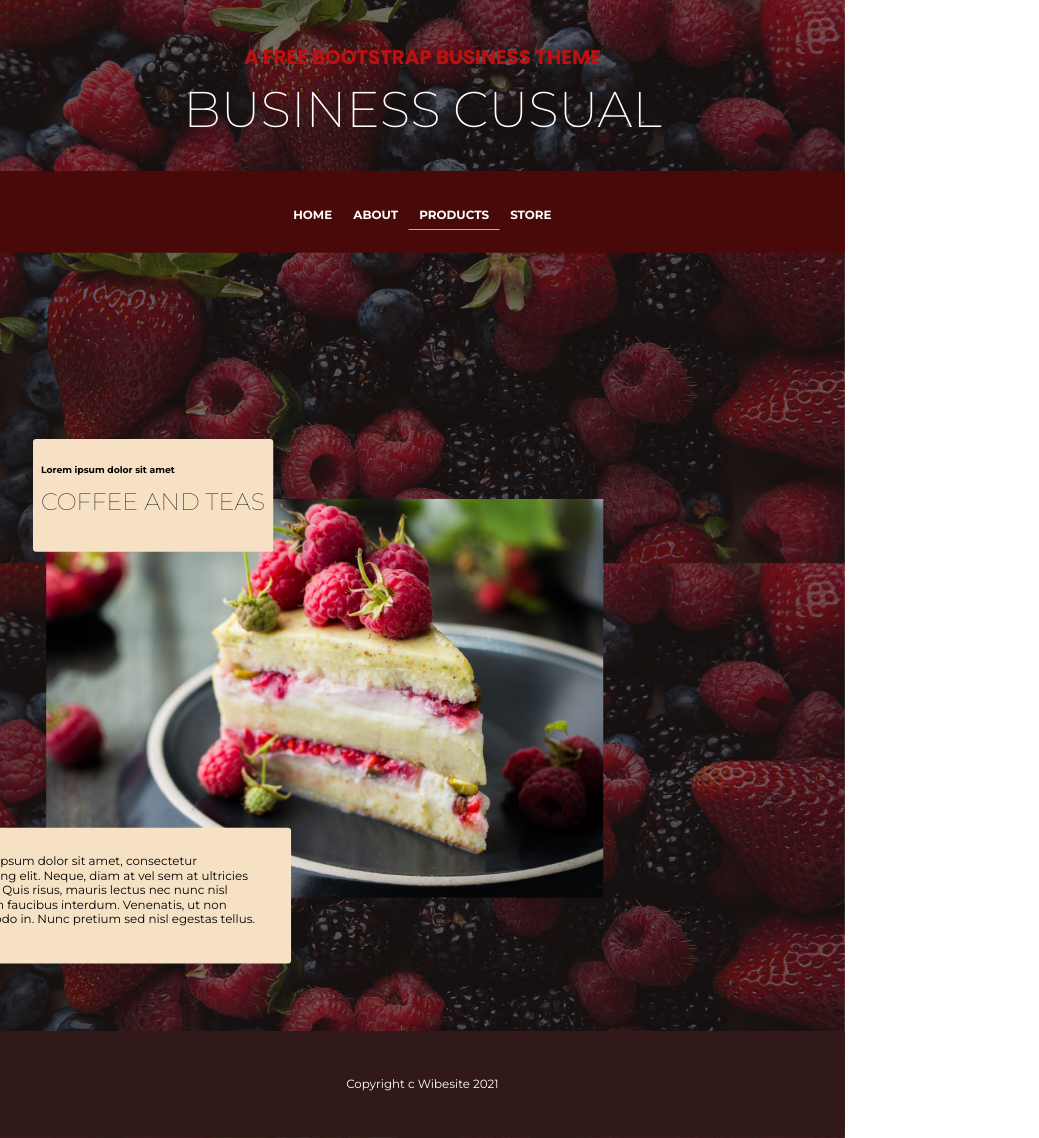
Repository: wadelfadill/tache_7_Business_bootstrap_theme
Page: product.html
An editor plug-in stored every save of this project. The page is shown before and after the next save, followed by the edit.
The browser window is 1280 px wide. The page is 1280 px wide, then 1574 px, so the pictures cover 1574 px, including what lies to the right of the window. The pictures show the whole page, at 66% of full size.
Backgrounds fixed to the window are drawn as part of the page.

Above is the page before, as saved 2023-04-28 12:13:05.

### product.html
<!DOCTYPE html>
<html lang="en">
<head>
    <meta charset="UTF-8">
    <meta http-equiv="X-UA-Compatible" content="IE=edge">
    <meta name="viewport" content="width=device-width, initial-scale=1.0">
    <!------ title of website ------>
    <title>Business website</title>
    <!------ Bootstrap cdn link ------>
    <link href="https://cdn.jsdelivr.net/npm/bootstrap@5.1.3/dist/css/bootstrap.min.css" rel="stylesheet" integrity="sha384-1BmE4kWBq78iYhFldvKuhfTAU6auU8tT94WrHftjDbrCEXSU1oBoqyl2QvZ6jIW3" crossorigin="anonymous">
    <!------- css link -------------->
    <link rel="stylesheet" href="css/style.css">
    <link rel="stylesheet" href="css/product_style.css">
    <!---------Google Fonts links ---------->
    <link rel="preconnect" href="https://fonts.googleapis.com">
    <link rel="preconnect" href="https://fonts.gstatic.com" crossorigin>
    <link href="https://fonts.googleapis.com/css2?family=Montserrat:wght@100;200;400;700&family=Poppins:wght@700&display=swap" rel="stylesheet">

</head>
<body>
    <!-- ========== Start Header Section ========== -->
    <header id="header">
        <h2 class="first_title text-center">A FREE BOOTSTRAP BUSINESS THEME</h2>
        <h1 class="second_title text-center">BUSINESS CUSUAL</h1>
        <!-- ========== Start navbar  Section ========== -->
        <nav class="my-auto mt-5">
            <div class="container my-auto">
                <ul class="nav justify-content-center">
                    <li class="nav-item">
                      <a class="nav-link" aria-current="page" href="index.html">HOME</a>
                    </li>
                    <li class="nav-item">
                      <a class="nav-link" href="about.html">ABOUT</a>
                    </li>
                    <li class="nav-item">
                      <a class="nav-link active" href="product.html">PRODUCTS</a>
                    </li>
                    <li class="nav-item">
                      <a class="nav-link" href="store.html">STORE</a>
                    </li>
                </ul>
            </div>
        </nav>
        <!-- ========== End navbar  Section ========== -->
    </header>
    <!-- ========== End Header Section ========== -->
    <!-- ========== Start Main Section ========== -->
    <main>
      <!-- ========== Start First Section ========== -->
      <section id="first_section">
        <div class="container">
          <div class="row justify-content-start gap-0 align-items-center position-relative">
            <!-- <div class="col photo_fisrt position-relative">
              <div class="box-top position-relative top-0 start-100 translate-middle">
                <p class="p1">Lorem ipsum dolor sit amet</p>
                <p class="p2">COFFEE AND TEAS</p>
              </div>
              <div class="box-bottom">
                <p>Lorem ipsum dolor sit amet, consectetur <br>
                  adipiscing elit. Neque, diam at vel sem at ultricies <br>
                  aliquet. Quis risus, mauris lectus nec nunc nisl <br>
                  aliquam faucibus interdum. Venenatis, ut non <br>
                  commodo in. Nunc pretium sed nisl egestas tellus.</p>
              </div>
            </div> -->
            <div class="box-top m-0">
              <p class="p1">Lorem ipsum dolor sit amet</p>
              <p class="p2">COFFEE AND TEAS</p>
            </div>
            <div class="image m-0 p-0">
              <img src="images/gateau-p.png" alt="" class="img-fluid">
            </div>
            <div class="box-bottom">
              <p>Lorem ipsum dolor sit amet, consectetur <br>
                adipiscing elit. Neque, diam at vel sem at ultricies <br>
                aliquet. Quis risus, mauris lectus nec nunc nisl <br>
                aliquam faucibus interdum. Venenatis, ut non <br>
                commodo in. Nunc pretium sed nisl egestas tellus.</p>
            </div>
          </div>
        </div>
      </section>
      <!-- ========== End First Section ========== -->
    </main>
    <!-- ========== End Main Section ========== -->
    <footer id="footer">
        <p class="text-center">Copyright c Wibesite 2021</p>
    </footer>



    <!------ Bootstrap script -------->
    <script src="https://cdn.jsdelivr.net/npm/bootstrap@5.1.3/dist/js/bootstrap.bundle.min.js" integrity="sha384-ka7Sk0Gln4gmtz2MlQnikT1wXgYsOg+OMhuP+IlRH9sENBO0LRn5q+8nbTov4+1p" crossorigin="anonymous"></script>
</body>
</html>

### css/style.css
/* ===== General ====== */

:root{
    --red-color: #BD1111;
    --bg-red:#490909;
    --white-color: #FFFFFF;
    --black-color: #000000;
    --bg-beize:#F6E1C5;
    --bg-red-black: #311919;
    --bg-red-opac:rgba(165, 52, 43, 0.69);
    --red-border: #CD5449;
}
*{
    margin: 0;
    padding: 0;
}
body{
    padding: 0;
    margin: 0;
    background-image: linear-gradient(rgba(34, 24, 24, 0.6), rgba(34, 24, 24, 0.6)), url("../images/1.jpeg");
    background-position: center;
    background-size: cover;
    background-repeat: no-repeat;
    background-attachment: fixed;
}
/* ===== squelette ====== */
/* ===== header section ====== */
/* ===== header titles ======= */
#header .first_title{
    font-family: 'Poppins';
    font-style: normal;
    font-weight: 700;
    font-size: 30px;
    line-height: 45px;
    color: var(--red-color);
    margin-top: 65px;
}
#header .second_title{
    font-family: 'Montserrat';
    font-style: normal;
    font-weight: 200;
    font-size: 76px;
    line-height: 93px;
    color: var(--white-color);
}
/* ====== header navbar ======*/
#header nav{
    background: var(--bg-red);
    height: 124px;
}
#header nav ul li{
    margin-top: 48px;
}
#header nav a{
    font-family: 'Montserrat';
    font-style: normal;
    font-weight: 700;
    font-size: 18px;
    line-height: 22px;
    color: var(--white-color);
}
#header nav a.active{
    padding-bottom: 10px;
    border-bottom: 1px solid white;
}
/* ==== Main section ==========*/
/* main{
    height: 1000px;
} */
/* ====== footer section ====== */
#footer{
    height: 162px;
    background: var(--bg-red-black);
    padding-top: 70px;
}
#footer p{
    font-family: 'Montserrat';
    font-style: normal;
    font-weight: 400;
    font-size: 18px;
    line-height: 22px;
    color: var(--white-color);
}


/* ===== responsive css ======*/
@media screen and (max-width:550px) {
    #header .second_title{
        font-size: 30px;
    }
    #header nav{
        height: max-content;
        padding-bottom: 40px;
    }
}

### css/product_style.css
/* ===== General ====== */

:root{
    --red-color: #BD1111;
    --bg-red:#490909;
    --white-color: #FFFFFF;
    --black-color: #000000;
    --bg-beize:#F6E1C5;
    --bg-red-black: #311919;
    --bg-red-opac:rgba(165, 52, 43, 0.69);
    --red-border: #CD5449;
}


/* ==========first section ========= */
#first_section{
    margin-top: 202px;
    margin-bottom: 202px;
    width: 100%;
}
#first_section .photo_fisrt{
    max-width: 844px;
    height: 604px;
    background: url("../images/gateau-p.png");
    background-size: cover;
    background-repeat: no-repeat;
    align-self: center;
}
.box-top{
    max-width: 413px;
    min-height: 150px;
    background: var(--bg-beize);
    padding-top: 39px;
    padding-bottom: 39px;
    border-radius: 5px;
    width: max-content;
    position: relative;
    bottom: -80px !important;
    right: 20px;
}
.box-top .p1{
    font-family: 'Montserrat';
    font-style: normal;
    font-weight: 600;
    font-size: 14px;
    line-height: 17px;
    color: #000000;
}
.box-top .p2{
    font-family: 'Montserrat';
    font-style: normal;
    font-weight: 100;
    font-size: 36px;
    line-height: 44px;
    color: #000000;
}
.box-bottom{
    max-width: 521px;
    min-height: 189px;
    padding-top: 40px;
    padding-bottom: 40px;
    position: absolute;
    bottom: -100px;
    left: -150px;
    background: var(--bg-beize);
    border-radius: 5px;
}
.box-bottom p{
    font-family: 'Montserrat';
    font-style: normal;
    font-weight: 400;
    font-size: 18px;
    line-height: 22px;
    color: #000000;
}

/* ============== responsive css ================ */
@media screen and (max-width:1200px) {
    #first_section .box-bottom{
        left: 50px;
    }
    #first_section .box-top{
        left: 300px !important;
    }

}
@media screen and (max-width:578px) {
    #first_section .box-bottom{
        left: 0px;
        width: auto;
        bottom: 100px;
    }
    #first_section .box-top{
        left: 200px !important;
        width: 70%;
    }
    #first_section .box-top .p1{
        font-size: 10px;
    }
    #first_section .box-top .p2{
        font-size:20px;
    }
    #first_section .photo_fisrt{
        background-size: contain;
    }
}
@media screen and(max-width:400px) {
    #first_section .box-top .p1{
        font-size: auto;
    }
    #first_section .box-top .p2{
        font-size: auto;
    }
    #first_section .box-top{
        left: -100px !important;
        width: 70%;
    }
}

After the next save:
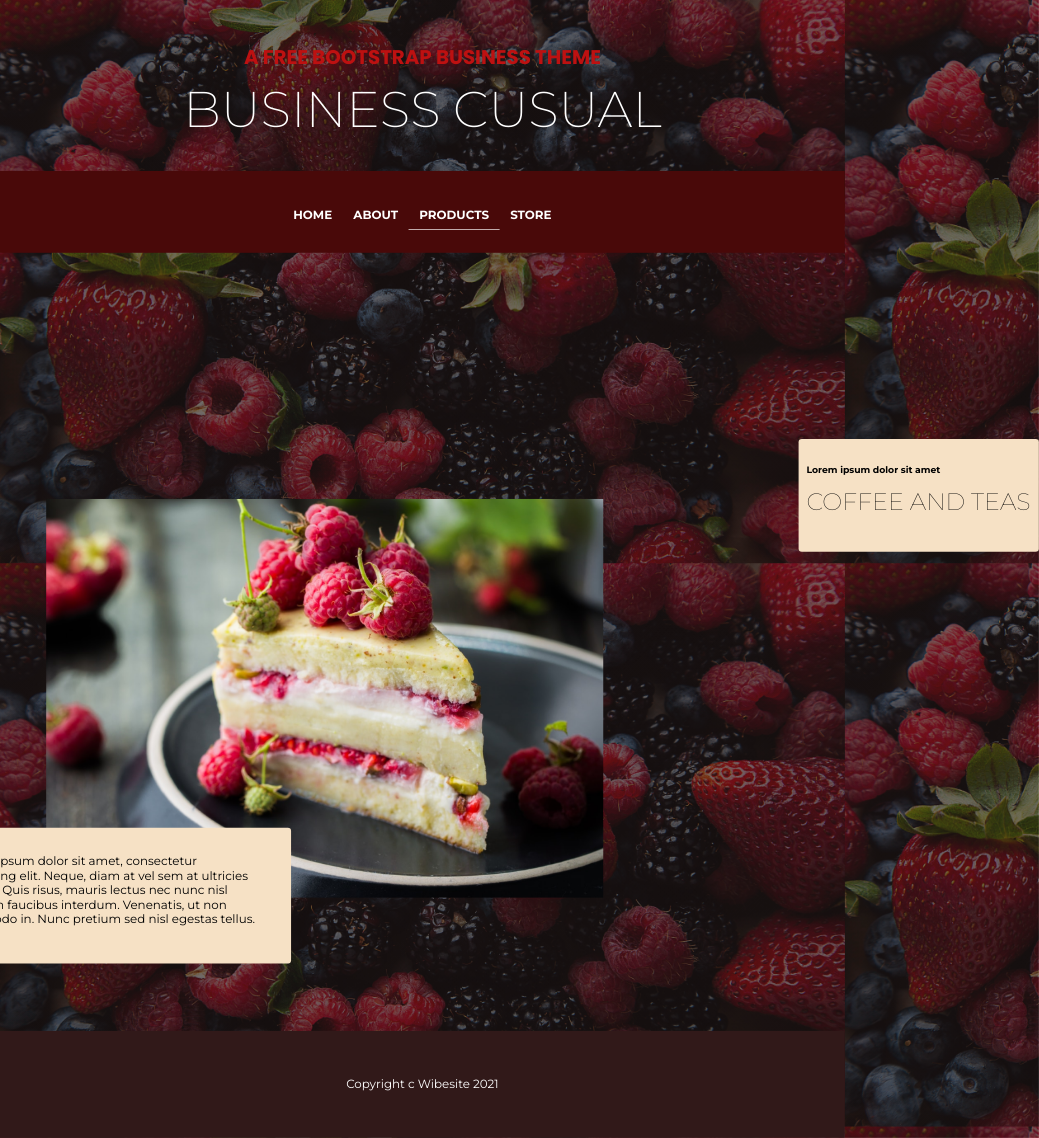
Saved 22 s later.
--- a/css/product_style.css
+++ b/css/product_style.css
@@ -36,7 +36,7 @@
     width: max-content;
     position: relative;
     bottom: -80px !important;
-    right: 20px;
+    left: 100%;
 }
 .box-top .p1{
     font-family: 'Montserrat';
